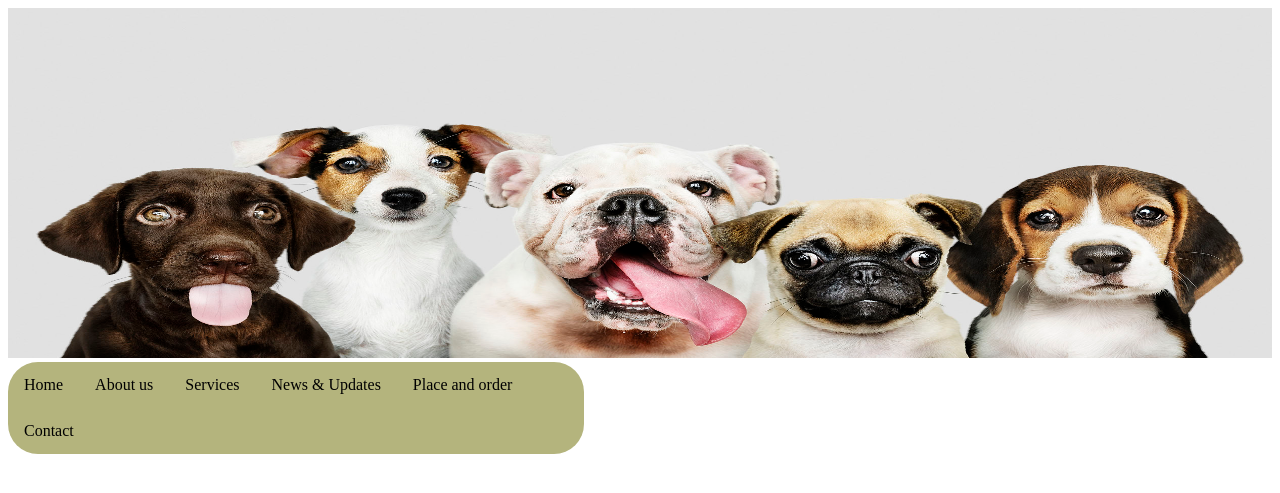
Repository: Tayma-Kazmouz/labwork
Page: index.html
These files come from the project's save history. The page is drawn as it stood at one moment and after the next save; the edit follows.
The browser window is 1280 px wide. The pictures show the whole page.

Above is the page before, as saved 2022-04-04 16:06:04.

### index.html
<!DOCTYPE html>
<html lang="en">
<head>
    <meta charset="UTF-8">
    <meta http-equiv="X-UA-Compatible" content="IE=edge">
    <meta name="viewport" content="width=device-width, initial-scale=1.0">
    <title>LabWork1</title>
    <link rel="stylesheet" href="styles.css">
</head>
<body>
    <img class="banner" src="images/banner.jpg" alt="Dog Banner">
    <div class="nav">
        <ul>
            <li><a class="active" href="#">Home</a></li>
            <li><a href="#">About us</a></li>
            <li><a href="#">Services</a></li>
            <li><a href="#">News & Updates</a></li>
            <li><a href="#">Place and order</a></li>
            <li><a href="#">Contact</a></li>
          </ul>
    </div>
</body>
</html>

### styles.css
.banner{
    width:100%;
    height: 350px;
    position: relative;
}

.nav{
    background-color: rgb(180, 180, 125);
    border-radius: 30px;
    width: 45%;
    position: absolute;
}
ul {
    list-style-type: none;
    margin: 0;
    padding: 0;
    overflow: hidden;
  }

  li {
    float: left;
  }

  li a {
    display: block;
    color: black;
    text-align: center;
    padding: 14px 16px;
    text-decoration: none;
  }

  li a:hover {
    background-color: #111;
  }

After the next save:
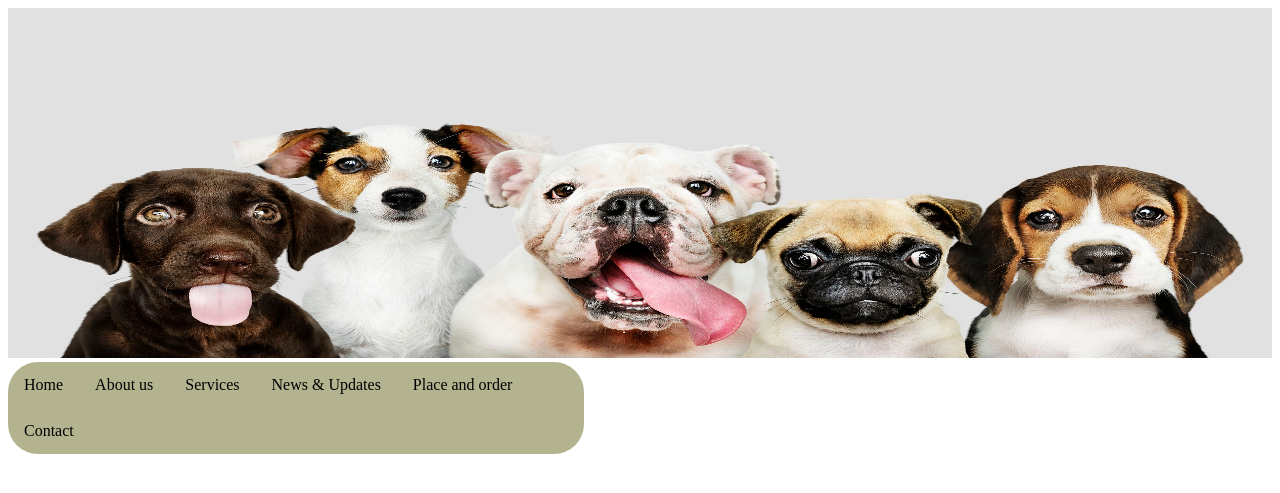
Saved 28 s later.
--- a/styles.css
+++ b/styles.css
@@ -5,7 +5,7 @@
 }
 
 .nav{
-    background-color: rgb(180, 180, 125);
+    background-color: rgb(179, 179, 144);
     border-radius: 30px;
     width: 45%;
     position: absolute;
